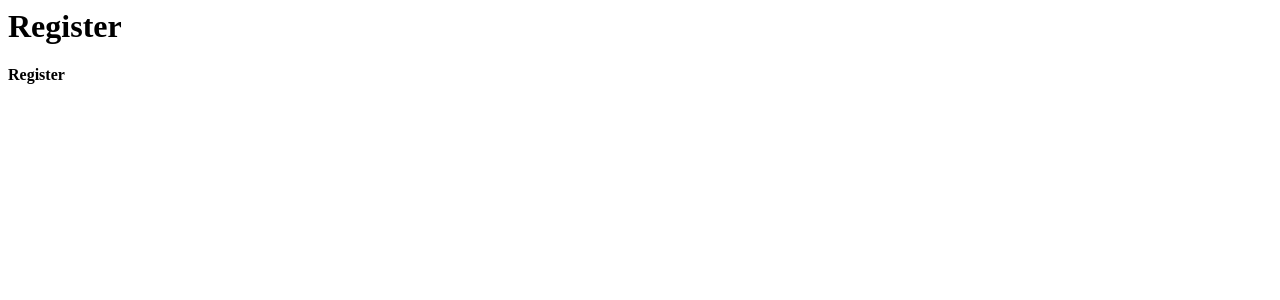
Repository: florin7755/BTRE_PROJECT
Page: http://localhost/accounts/register
These files come from the project's save history. The page is drawn as it stood at one moment and after the next save; the edit follows.
The browser window is 1280 px wide. The pictures show the whole page.
The page is served by the project's application, run on Django 4.2 (manage.py).

Above is the page before, as saved 2023-06-24 16:50:02.

After the next save:
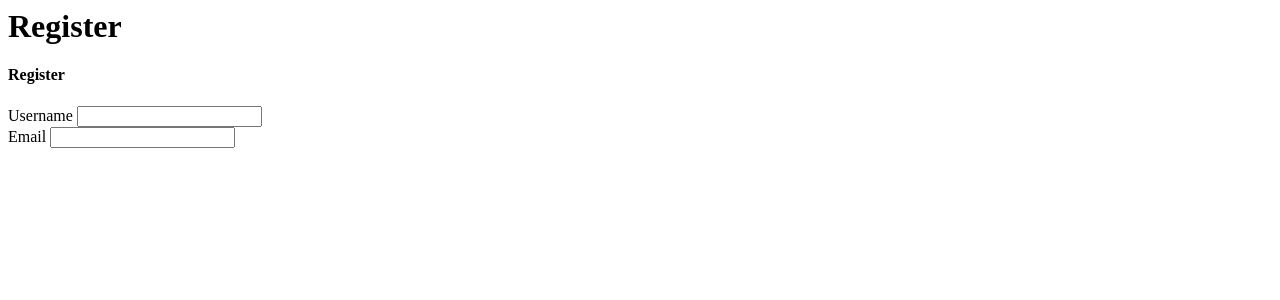
Saved 12 min 51 s later.
--- a/templates/accounts/register.html
+++ b/templates/accounts/register.html
@@ -11,3 +11,11 @@
                         </div>
                         <div class='card-body'>
                             <form action='index.html'>
+                                <div class='form-group'>
+                                    <label for='username'>Username</label>
+                                    <input type='text' name='username' class='form-control' required>
+                                </div>
+                                <div class='form-group'>
+                                    <label for='email'>Email</label>
+                                    <input type='email' name='email' class='form-control' required>
+                                </div>
